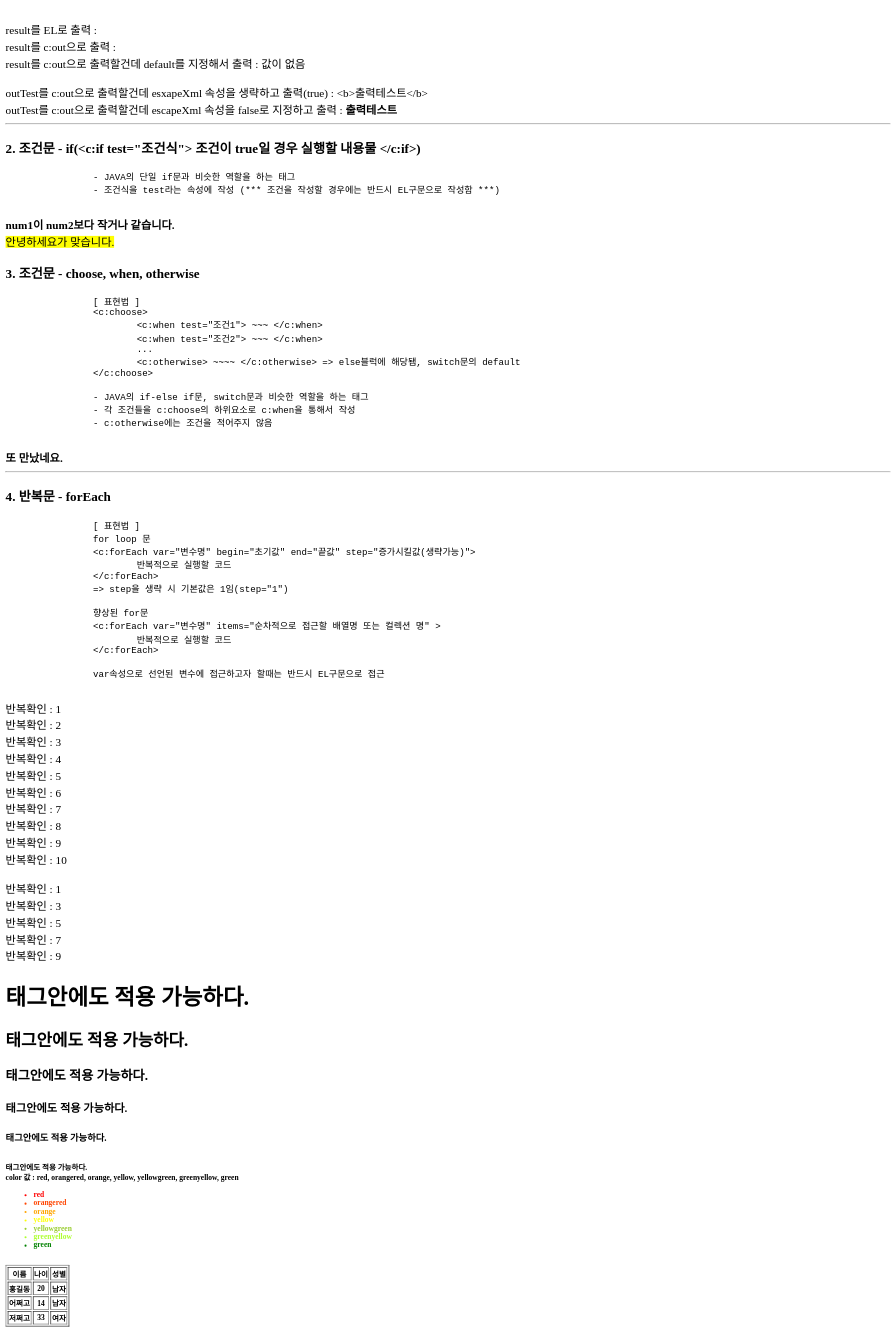
Repository: DonghwanSon1/ajax-jsp-study
Page: http://localhost/ActionProject/views/3_CustomAction/01_core.jsp
The author's editor kept a copy of each file at every save. The page is drawn from the files as they stood at one save, then again after the next save.
The browser window is 1280 px wide. The pictures show the part of the page from y = 860 to 2780 px (the page is 2780 px tall), at 70% of full size.
The page is served by Tomcat 9. Other server files are loaded and not shown.

Above is the page before, as saved 2022-07-13 00:38:03.

### ActionProject/WebContent/views/3_CustomAction/01_core.jsp
<%@ page language="java" contentType="text/html; charset=UTF-8"
    pageEncoding="UTF-8"%>
<%@ taglib prefix="c" uri="http://java.sun.com/jsp/jstl/core" %>
<!DOCTYPE html>
<html>
<head>
<meta charset="UTF-8">
<title>정말 중요한 core 페이지</title>
</head>
<body>


	<h1>JSTL Core Library</h1>

	<h3>1. 변수(속성 == attribute)</h3>

	<pre>
		* 변수 선언 (&lt;c:set var="변수명" value="리터럴" scope="스코프영역지정(생략가능)" /&gt;)
		- 변수를 선언하고 초기값을 대입해두는 기능을 제공
		- 더나아가서 해당 변수를 어떤 scope영역에 담아둘건지 지정 가능함
			(scope속성 생략 시 pageScope에 담김)
		=> 즉, 해당 scope영역에 setAttribute라는 메서드를 이용해서
			key + value형태로 데이터를 담아둔다라고 생각하면 된다.
		=> c:set을 통해 선언된 변수는 EL로 접근해서 사용 가능 (스크립팅 원소로는 접근 불가능)

		* 주의사항
		- 변수의 타입을 별도로 지정하지 않음(초기값을 반드시 지정해둬야됌!!!)
	</pre>

	<c:set var="num1" value="10"></c:set> <!-- pageScope에 담김 pageContext.setAttribute("num1", "10"); -->
	<c:set var="num2" value="20" scope="request"></c:set> <!-- requestScope에 담김 request.setAttribute("num2", "20"); -->

	num1의 변수값 : ${ num1 } <br>
	num2의 변수값 : ${ num2 } <br>

	<c:set var="result" value="${ num1 + num2 }" scope="session"></c:set>

	result변수값 : ${ result } <br>

	<!--
		변수명만 제시하면 공유범위가 작은 곳에서부터 찾음
		: 티가 나지는 않지만 속도가 느려질수도 있다.(스코프영역.변수명 을 권장)
	 -->

	${ pageScope.num1 } <br>
	${ requestScope.num2 } <br>
	${ sessionScope.result } <br><br>

	<c:set var="result" scope="request"	>9999</c:set>
	<!-- value속성 말고 시작태그와 종료태그 사이에도 대입할 값을 기술 가능 -->

	${ requestScope.result } <br>
	${ sessionScope.result } <br>

	<hr>

	<pre>
		* 변수 삭제(&lt;c:remove var="제거하고자하는 변수명" scope="스코프영역지정가능(생략가능)" /&gt;)
		- 해당 변수를 scope에서 찾아서 제거하는 태그
		- scope지정 생략시 모든 scope에서 해당 변수를 다 찾아서 제거함
		=> 즉, 해당 scope에 .removeAttribute("키값"); 이용해서 제거하는거라고 생각하면 된다.
	</pre>

	삭제 전 result : ${ result } <br>
	1) 특정 scope를 지정해서 삭제 <br>
	<c:remove var="result" scope="request" />

	request 삭제 후 result : ${ result } <br>

	2) 모든 scope에서 삭제 <br>
	<c:remove var="result" />
	모든 scope에서 삭제 후 result : ${ result } <br>

	<hr>

	<pre>
		* 변수 출력(&lt;c:out value="출력하고자하는값" default="기본값(생략가능)" escapeXml="true(기본값, 생략가능) / false" /&gt;)
		- 데이터를 출력하고자 할 때 사용하는 태그
		- default : 기본값, value 속성에 출력하고자 하는 값이 없을 경우 대체해서 기본값으로 출력할 내용물을 기술(생략가능)

	</pre>

	result를 EL로 출력 : ${ result } <br>
	result를 c:out으로 출력 : <c:out value="${ result }" /> <br>
	result를 c:out으로 출력할건데 default를 지정해서 출력 : <c:out value="${ result }" default="값이 없음" /> <br><br>

	<!-- escapeXml 테스트 -->
	<!-- 테스트하기 위한 변수 선언 -->
	<c:set var="outTest" value="<b>출력테스트</b>" />

	outTest를 c:out으로 출력할건데 esxapeXml 속성을 생략하고 출력(true) : <c:out value="${ outTest }"/> <br>
	outTest를 c:out으로 출력할건데 escapeXml 속성을 false로 지정하고 출력 : <c:out value="${ outTest }" escapeXml="false" />

	<hr>

	<h3>2. 조건문 - if(&lt;c:if test="조건식"&gt; 조건이 true일 경우 실행할 내용물 &lt;/c:if&gt;)</h3>

	<pre>
		- JAVA의 단일 if문과 비슷한 역할을 하는 태그
		- 조건식을 test라는 속성에 작성 (*** 조건을 작성할 경우에는 반드시 EL구문으로 작성함 ***)
	</pre>

	<%--
	기존방식
	<% if(num1 > num2) { %>
		쏼라쏼라
	<% } %>
	--%>

	<c:if test="${ num1 gt num2 }" >
		<b>num1이 num2보다 큽니다.</b>
	</c:if>

	<c:if test="${ num1 le num2 }">
		<b>num1이 num2보다 작거나 같습니다.</b>
	</c:if>

	<br>

	<c:set var="str" value="안녕하세요" />

	<c:if test="${ str eq '안녕하세요' }" >
		<mark>안녕하세요가 맞습니다.</mark>
	</c:if>

	<c:if test="${ str ne '안녕하세요' }" >
		<mark>안녕하세요가 아닙니다.</mark>
	</c:if>

	<br>

	<h3>3. 조건문 - choose, when, otherwise </h3>

	<pre>
		[ 표현법 ]
		&lt;c:choose&gt;
			&lt;c:when test="조건1"&gt; ~~~ &lt;/c:when&gt;
			&lt;c:when test="조건2"&gt; ~~~ &lt;/c:when&gt;
			...
			&lt;c:otherwise&gt; ~~~~ &lt;/c:otherwise&gt; => else블럭에 해당됌, switch문의 default
		&lt;/c:choose&gt;

		- JAVA의 if-else if문, switch문과 비슷한 역할을 하는 태그
		- 각 조건들을 c:choose의 하위요소로 c:when을 통해서 작성
		- c:otherwise에는 조건을 적어주지 않음
	</pre>

	<c:choose>
		<c:when test="${ num1 eq 20 }">
			<b>처음 뵙겠습니다.</b>
		</c:when>
		<c:when test="${ num1 eq 10 }">
			<b>또 만났네요. </b>
		</c:when>
		<c:otherwise>
			<b>난 다 아니야~</b>
		</c:otherwise>
	</c:choose>

	<hr>

	<h3>4. 반복문 - forEach </h3>

	<pre>
		[ 표현법 ]
		for loop 문
		&lt;c:forEach var="변수명" begin="초기값" end="끝값" step="증가시킬값(생략가능)"&gt;
			반복적으로 실행할 코드
		&lt;/c:forEach&gt;
		=> step을 생략 시 기본값은 1임(step="1")

		향상된 for문
		&lt;c:forEach var="변수명" items="순차적으로 접근할 배열명 또는 컬렉션 명" &gt;
			반복적으로 실행할 코드
		&lt;/c:forEach&gt;

		var속성으로 선언된 변수에 접근하고자 할때는 반드시 EL구문으로 접근
	</pre>

	<!-- for loop문 -->

	<c:forEach var="i" begin="1" end="10">
		반복확인 : ${ i } <br>
	</c:forEach>

	<br>

	<c:forEach var="i" begin="1" end="10" step="2">
		반복확인 : ${ i } <br>
	</c:forEach>

	<!-- 태그 안에도 적용 가능 -->

	<c:forEach var="i" begin="1" end="6">
		<h${ i }> 태그안에도 적용 가능하다. </h>
	</c:forEach>

	<br>

	<!-- 향상된 for문 -->
	<!-- 테스트를 위한 배열 만들기 -->
	<c:set var="colors">
		red, orangered, orange, yellow, yellowgreen, greenyellow, green
	</c:set><!-- 배열과 같은 역할 -->

	color 값 : ${ colors } <br>

	<ul>
		<c:forEach var="c" items="${ colors }">
			<!-- 태그안에도 적용 가능 -->
			<li style="color:${ c };">${ c }</li>
		</c:forEach>
	</ul>

	<br>

	<!-- 최종 응용 -->
	<%@ page import="java.util.ArrayList, com.kh.model.vo.Person" %>
	<%
		// 여기는 사실 컨트롤러다.
		ArrayList<Person> list = new ArrayList();
		list.add(new Person("홍길동", 20, "남자"));
		list.add(new Person("어쩌고", 14, "남자"));
		list.add(new Person("저쩌고", 33, "여자"));

		//request.setAttribute("pList", list);
		// 여기까지 코드가 원래 이페이지가 응답되기 전에 서블릿에서 완성했어야 하는 코드
	%>

	<c:set var="pList" value="<%= list %>" scope="request"></c:set>

	<table border="1" >
		<thead>
			<th>이름</th>
			<th>나이</th>
			<th>성별</th>
		</thead>
		<tbody>
		<%--
			기존방식
			<% if(pList.isEmpty()) { %>
				없습니다.
			<% } else { %>
				<% for(Person p : pList) { %>
					<tr>
						<td><%= p.get ~~~ %> </td>
						<td><%= p.get ~~~ %> </td>
						<td><%= p.get ~~~ %> </td>
					</tr>
				<% } %>
			<% } %>
		--%>

		<c:choose>
			<c:when test="${ empty pList }">
				<tr align="center">
					<td colspan="3"> 없으요~ </td>
				</tr>
			</c:when>
			<c:otherwise>
				<c:forEach var="p" items="${ requestScope.pList }">
					<tr align="center">
						<td>${ p.name }</td>
						<td>${ p.age }</td>
						<td>${ p.gender }</td>
					</tr>
				</c:forEach>
			</c:otherwise>
		  </c:choose>
		</tbody>
	</table>








</body>
</html>

### ActionProject/src/com/kh/model/vo/Person.java
package com.kh.model.vo;

public class Person {

	private String name;
	private int age;
	private String gender;

	public Person() {}

	public Person(String name, int age, String gender) {
		super();
		this.name = name;
		this.age = age;
		this.gender = gender;
	}

	public String getName() {
		return name;
	}

	public void setName(String name) {
		this.name = name;
	}

	public int getAge() {
		return age;
	}

	public void setAge(int age) {
		this.age = age;
	}

	public String getGender() {
		return gender;
	}

	public void setGender(String gender) {
		this.gender = gender;
	}

	@Override
	public String toString() {
		return "Person [name=" + name + ", age=" + age + ", gender=" + gender + "]";
	}



}

After the next save:
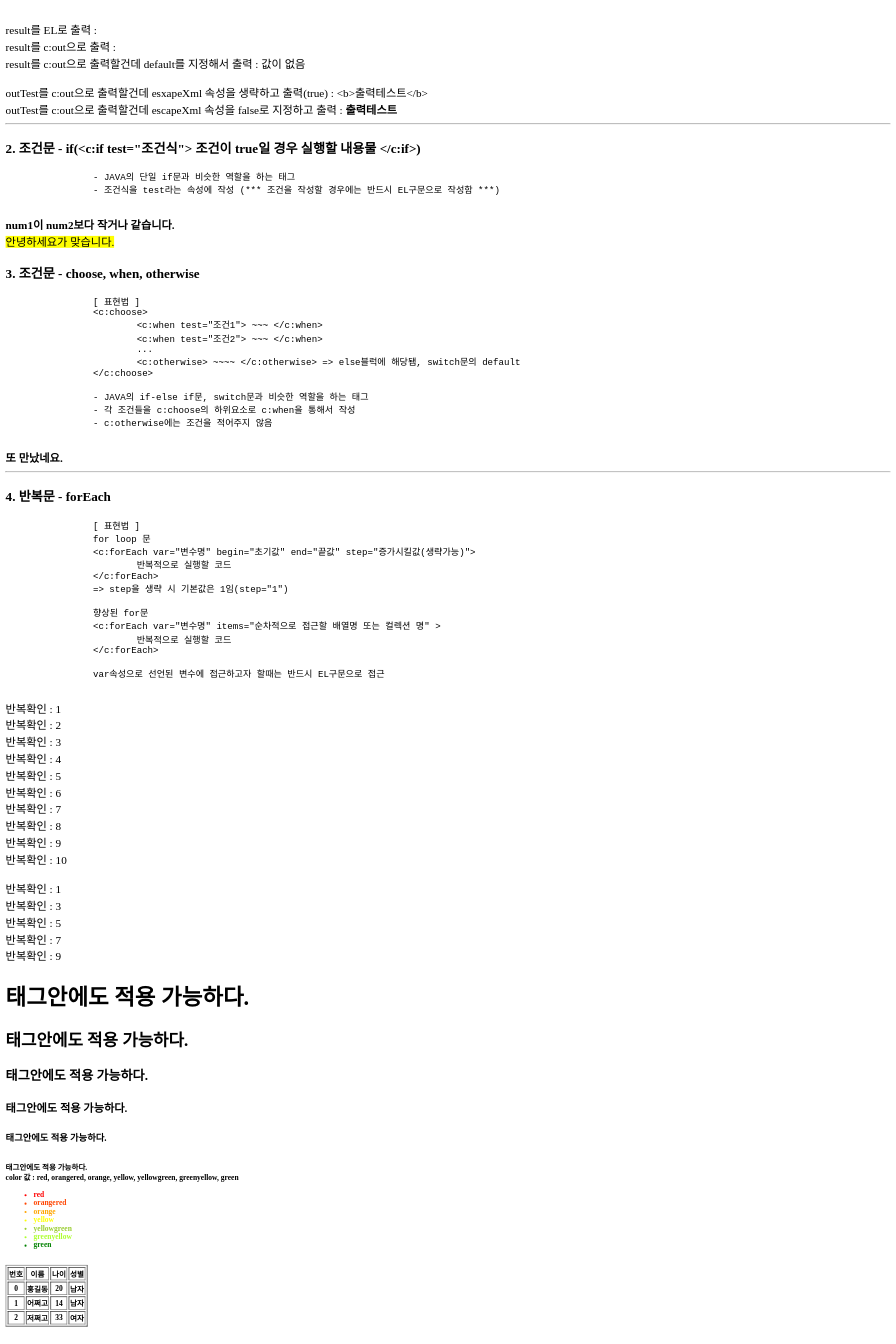
Saved 9 min 56 s later.
--- a/ActionProject/WebContent/views/3_CustomAction/01_core.jsp
+++ b/ActionProject/WebContent/views/3_CustomAction/01_core.jsp
@@ -231,6 +231,7 @@
 
 	<table border="1" >
 		<thead>
+			<th>번호</th>
 			<th>이름</th>
 			<th>나이</th>
 			<th>성별</th>
@@ -258,8 +259,9 @@
 				</tr>
 			</c:when>
 			<c:otherwise>
-				<c:forEach var="p" items="${ requestScope.pList }">
+				<c:forEach var="p" items="${ requestScope.pList }" varStatus="status">
 					<tr align="center">
+						<td>${ status.index }</td>
 						<td>${ p.name }</td>
 						<td>${ p.age }</td>
 						<td>${ p.gender }</td>
